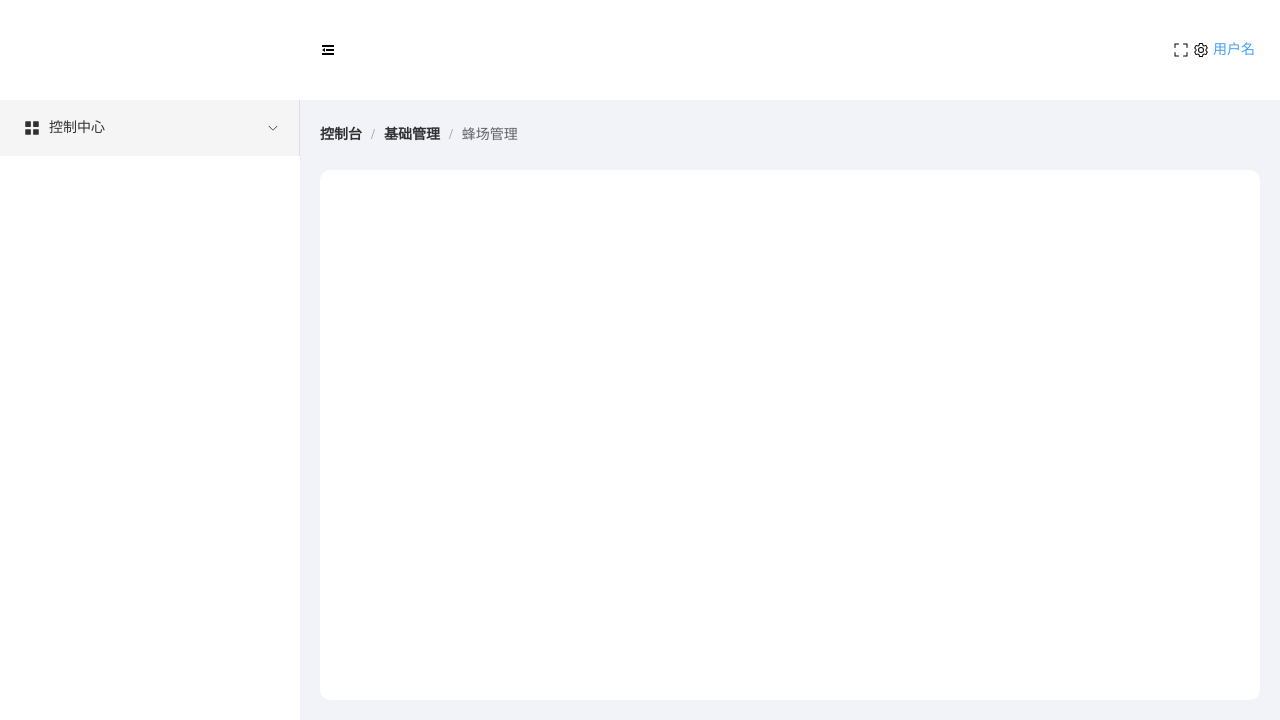
Repository: secret47/test-office-demo
Page: /dashboard/order
These files come from the project's save history. The page is drawn as it stood at one moment and after the next save; the edit follows.
The browser window is 1280 px wide. The pictures show the whole page.
The project was rebuilt for these pictures with package versions that can differ from the ones it lists, and the page was loaded fresh each time. Also part of the build but not shown: vite.config.js.

Above is the page before, as saved 2024-10-31 16:06:24.

### src/main.js
import { createApp } from 'vue'
import '@/style/main.scss'
import App from './App.vue'
import router from './router'

import lang from "./local"

import { pinia } from "./store"

import ElementPlus from "element-plus";
import 'element-plus/dist/index.css'
import * as ElementPlusIconsVue from '@element-plus/icons-vue'

const app = createApp(App);

for (const [key, component] of Object.entries(ElementPlusIconsVue)) {
    app.component(key, component)
}

app.use(lang)
app.use(ElementPlus)
app.use(router)
app.use(pinia)
app.mount('#app')

### src/style/main.scss
* {
    padding: 0;
    margin: 0;
}

html,
body {
    width: 100%;
    height: 100%;
    background: #ffffff;
}

#app {
    width: 100%;
    height: 100%;
}

.main-container {
    width: 100%;
    height: 100%;
}

//顶部搜索
.searchBox {
    width: calc(95% - 30px);
    height: 70px;
    margin: 0 auto;
    padding: 15px;
    display: flex;
    flex-direction: column;
    justify-content: center;

    .new {
        width: 130px;
    }
    .item{
        width:350px;
    }
}

.list {
    width: 95%;
    height: calc(100% - 100px);
    margin: 0 auto;

    .tables {
        width: 100%;
        height: calc(100% - 50px);
    }

    .pages {
        width: 100%;
        height: 50px;
        display: flex;
        flex-direction: column;
        justify-content: center;

    }
}

### src/App.vue
<template>
  <!-- <div> -->
    <router-view />
  <!-- </div> -->
</template>

### src/router/index.js
import { createRouter, createWebHistory } from 'vue-router'
import layouts from "../layouts/index.vue"

const routes = [
    {
        path: '/login',
        name: 'Login',
        component: () => import('@/views/login.vue'),
    },
    // 其他路由...
    {
        path: "/dashboard",
        name: "Dashboard",
        component: layouts,
        meta: {
            title: "控制中心"
        },
        children: [
            {
                path: "basic",
                name: "Basic",
                meta: {
                    title: "基础管理"
                },
                component: () => import("@/views/dashboard/basic/index.vue"),
                children: [
                    {
                        path: "farm",
                        name: "farm",
                        meta: {
                            title: "蜂场管理"
                        },
                        component: () => import("@/views/dashboard/basic/farm/index.vue"),
                    }
                ]

            },
            {
                path: "adopt",
                name: "Adopt",
                meta: {
                    title: "认养管理"
                },
                component: () => import("@/views/dashboard/adopt/index.vue"),
                children: [
                    {
                        path: "price",
                        name: "Price",
                        meta: {
                            title: "价格管理"
                        },
                        component: () => import("@/views/dashboard/adopt/price/index.vue"),
                    }
                ]
            },
            {
                path:"order",
                name: "Order",
                meta:{
                    title: "订单管理"
                },
                component: () => import("@/views/dashboard/order/index.vue"),
                children:[
                    {
                        path: "list",
                        name: "OrderList",
                        meta: {
                            title: "订单列表"
                        },
                        component: () => import("@/views/dashboard/order/list/index.vue"),
                    }
                ]
            },
            {
                path: "user",
                name: "User",
                meta: {
                    title: "用户管理"
                },
                component: () => import("@/views/dashboard/user/index.vue"),
            },

        ]
    }
]

const router = createRouter({
    history: createWebHistory(),
    routes
})

export default router

### src/local/index.js
import { createI18n } from "vue-i18n";

import message from "./language"
const i18n = createI18n({
    locale: "zh",
    fallbackLocale: "zh",
    messages: message
})

export default i18n;

### src/store/index.js
import { createPinia } from "pinia";
import { useAppStore } from "./module/app";

const pinia = createPinia();
const appStore = useAppStore(pinia);


export {
    pinia,
    appStore
}

### src/layouts/index.vue
<template>
    <div class="layout">
        <el-container>
            <el-aside class="side">
                <div class="logo"></div>
                <MenuComponent/>
            </el-aside>
            <el-container class="container">
                <el-header>
                    <HeaderComponent></HeaderComponent>
                </el-header>
                <el-main>
                    <div class="bread">
                        <el-breadcrumb separator="/">
                            <el-breadcrumb-item :to="{ path: '/' }">控制台</el-breadcrumb-item>
                            <el-breadcrumb-item><a href="/">基础管理</a></el-breadcrumb-item>
                            <el-breadcrumb-item>蜂场管理</el-breadcrumb-item>
                        </el-breadcrumb>
                    </div>
                    <div class="main">
                        <router-view></router-view>
                    </div>
                </el-main>
            </el-container>
        </el-container>
    </div>
</template>

<script setup>
import MenuComponent from "./components/menu.vue"
import HeaderComponent from "./components/header.vue"
import { ref } from 'vue';
const isCollapse = ref(false);

const menuRef = ref(null);
const toggleCollapse = () => {
    isCollapse.value = !isCollapse.value;
};
</script>

<style lang="scss" scoped>
.layout {
    width: 100%;
    height: 100%;

    .el-container {
        width: 100%;
        height: 100%;
    }

    .side {
        height: 100%;
        transition: width 0.3s;
        .logo {
            width: 100%;
            height: 100px;
        }
    }

    .container {
        height: 100%;

        .el-header {
            width: 100%;
            height: 100px;
            background: #ffffff;
        }

        .el-main {
            background: #F2F3F8;
            padding-top: 0;
            .bread {
                width: 100%;
                height: 70px;
                display: flex;
                flex-direction: column;
                justify-content: center;
            }

            .main {
                width: 100%;
                height: calc(100% - 70px);
                background: #ffffff;
                border-radius: 10px;
            }
        }
    }
}
</style>

### src/local/language/index.js
import zh from "./zh"
import en from "./en"

export default {
    ...en,
    ...zh
}

### src/store/module/app.js
import { defineStore } from "pinia"

export const useAppStore = defineStore('app',{
    state:()=>({
        isMenuCollapsed: false,
        sidebarWidth:300
    }),
    actions:{
        toggleMenu(){

            this.isMenuCollapsed = !this.isMenuCollapsed
            if(this.isMenuCollapsed){
                console.log("收缩")
                this.sidebarWidth = 60
            }else{
                console.log("展开")
                this.sidebarWidth = 300;
            }
        }
    }
})

### src/layouts/components/menu.vue
<template>
    <el-menu class="menu" :collapse="appStore.isMenuCollapsed" :style="{ width: appStore.sidebarWidth + 'px' }">
        <!-- 遍历所有路由，筛选出有子路由且meta中有title的路由作为侧边栏一级菜单 -->
        <el-sub-menu :index="item.name" v-for="(item, index) in filteredRoutes" :key="item.name">
            <template #title>
                <MenuTitle :text="item.meta.title" />
            </template>
            <!-- 遍历当前一级路由的下一层路由（即子路由），作为侧边栏二级菜单 -->
            <el-menu-item :index="subItem.name" v-for="(subItem, subIndex) in item.children" :key="subItem.name">
                <template #title>
                    <MenuTitle :text="subItem.meta.title" />
                </template>
                <!-- 如果当前二级路由还有子路由，则继续遍历作为三级菜单 -->
                <el-sub-menu v-if="subItem.children && subItem.children.length > 0" :index="subItem.name + '_sub'" :key="subItem.name + '_sub'">
                    <template #title>
                        <MenuTitle :text="subItem.meta.title +'(展开)' " />
                    </template>
                    <el-menu-item :index="subSubItem.name" v-for="(subSubItem, subSubIndex) in subItem.children" :key="subSubItem.name">
                        <template #title>
                            <MenuTitle :text="subSubItem.meta.title" />
                        </template>
                    </el-menu-item>
                </el-sub-menu>
            </el-menu-item>
        </el-sub-menu>
    </el-menu>
</template>

<script setup>
import { ref } from "vue";
import { useAppStore } from '@/store/module/app';
import MenuTitle from './MenuTitle.vue';
import { useRouter, useRoute } from 'vue-router';

const appStore = useAppStore();
const router = useRouter();

// 筛选出需要在侧边栏显示的路由（有子路由且meta中有title）
const filteredRoutes = ref(router.options.routes.filter(route => route.children && route.children.length > 0 && route.meta && route.meta.title));

console.log(router.options);
</script>

<style lang="scss" scoped>
.menu {
    background-color: #f5f5f5;
    transition: width 0.3s ease;
}

.menu.collapsed {
    border-right: 0;
    justify-content: center;
}
</style>

### src/layouts/components/header.vue
<template>
    <div class="header">
        <div class="collapseIcon">
            <el-icon style="cursor: pointer;" @click="toggleMenu">
                <Expand v-if="appStore.isMenuCollapsed" />
                <Fold v-else />

            </el-icon>
        </div>
        <div class="user">
            <el-icon>
                <FullScreen />
            </el-icon>
            &nbsp;
            <el-icon>
                <Setting />
            </el-icon>
            &nbsp;
            <el-dropdown trigger="click" @command="handleCommand">
                <span class="el-dropdown-link">
                    <i class="el-icon-user"></i>
                    {{ username }}
                    <i class="el-icon-arrow-down el-icon--right"></i>
                </span>
                <template #dropdown>
                    <el-dropdown-menu>
                        <el-dropdown-item command="userCenter">个人中心</el-dropdown-item>
                        <el-dropdown-item command="logout">退出登录</el-dropdown-item>
                    </el-dropdown-menu>
                </template>
            </el-dropdown>

        </div>
    </div>
</template>

<script setup>
import { ref } from 'vue';
import { ElMessage } from 'element-plus';
import { useAppStore } from '@/store/module/app';


const username = ref('用户名'); // 这里应该从后端获取真实的用户名

const appStore = useAppStore();


const toggleMenu = () => {
    console.log(appStore, "---")
    appStore.toggleMenu();
};

const handleCommand = (command) => {
    if (command === 'logout') {
        // 执行退出操作
        ElMessage.success('退出成功');
        // 这里可以添加跳转到登录页面的逻辑
    } else if (command === 'userCenter') {
        // 跳转到个人中心页面
        ElMessage.info('跳转到个人中心');
        // 这里可以添加跳转逻辑
    }
};
</script>

<style lang="scss" scoped>
.header {
    display: flex;
}

.el-dropdown-link {
    cursor: pointer;
    color: #409EFF;
}


.collapseIcon {
    width: 100px;
    height: 100px;
    display: flex;
    // justify-content: center;
    /* 水平居中 */
    align-items: center;
    /* 垂直居中 */
}

.user {
    margin-left: auto;
    display: flex;
    /* 水平居中 */
    align-items: center;
}
</style>

### src/local/language/zh.js
export default{
    zh:{
        title:"后台管理系统",
        login:"登录",
        username:"用户名",
        password:"密码",
        remember:"记住密码",
        forget:"忘记密码",
        save:"保存",
        confirm:"确定",
        cancel:"取消",
        delete:"删除",
        show:"查看",
        open:"打开",
        usernameRull:"请输入用户名",
        passwordRull:"请输入密码"
    }
}

### src/local/language/en.js
export default {
    en: {
        title: "system management",
        usernameRull: "Please enter your username",
        passwordRull: "Please enter your password"
    }
}

### src/layouts/components/MenuTitle.vue
<template>
    <span class="menu-title">
        <el-icon class="menu-icon"><icon-menu /></el-icon>
        <span v-if="!isCollapsed">{{ text }}</span>
    </span>
</template>

<script setup>
import { computed } from 'vue';
import { Menu as IconMenu } from '@element-plus/icons-vue';
import { useAppStore } from '@/store/module/app';

const { isMenuCollapsed } = useAppStore();
const props = defineProps({
    text: {
        type: String,
        required: true
    }
});

const isCollapsed = computed(() => isMenuCollapsed.value);
</script>

<style scoped>
.menu-title {
    display: flex;
    align-items: center;
}

.menu-icon {
    min-width: 20px;
    margin-right: 5px;
}

.menu-title.collapsed {
    justify-content: center;
}
</style>

Loaded but not shown: index.html (common file); src/views/dashboard/order/index.vue (common file)

After the next save:
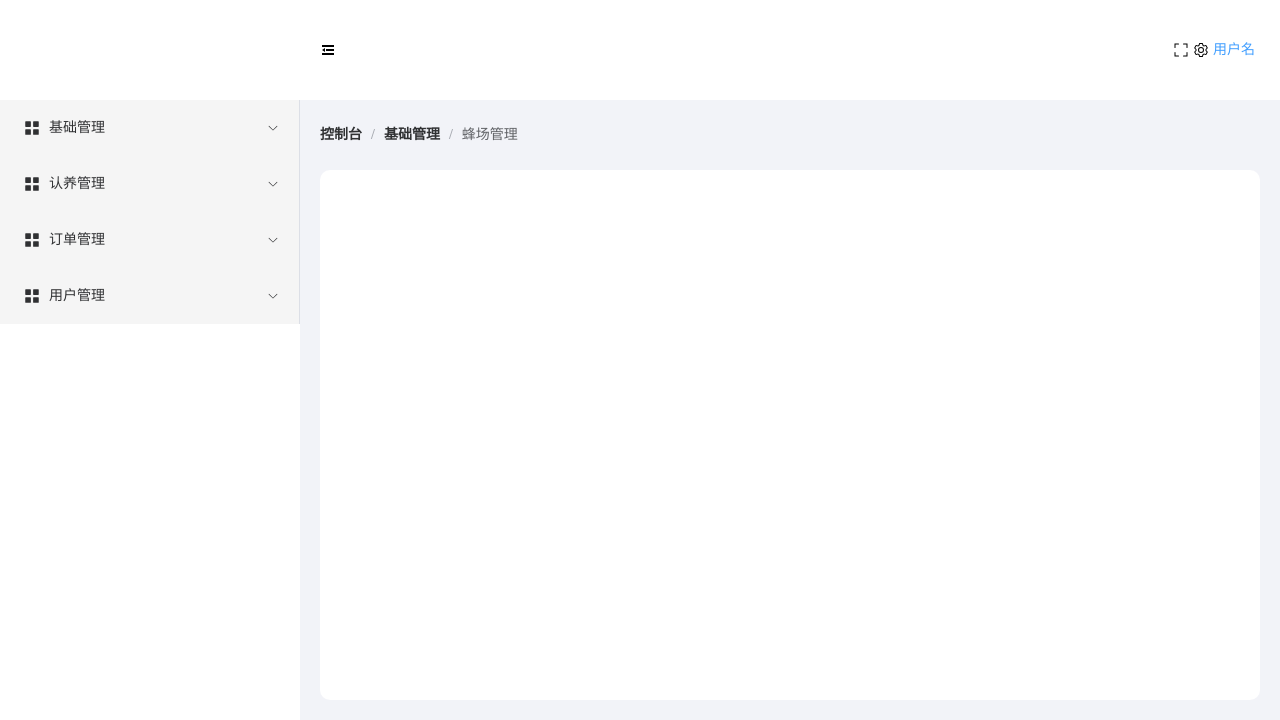
Saved 2 min 11 s later.
--- a/src/layouts/components/menu.vue
+++ b/src/layouts/components/menu.vue
@@ -1,16 +1,16 @@
 <template>
     <el-menu class="menu" :collapse="appStore.isMenuCollapsed" :style="{ width: appStore.sidebarWidth + 'px' }">
-        <!-- 遍历所有路由，筛选出有子路由且meta中有title的路由作为侧边栏一级菜单 -->
+        <!-- 遍历筛选后的路由，生成侧边栏菜单 -->
         <el-sub-menu :index="item.name" v-for="(item, index) in filteredRoutes" :key="item.name">
             <template #title>
                 <MenuTitle :text="item.meta.title" />
             </template>
-            <!-- 遍历当前一级路由的下一层路由（即子路由），作为侧边栏二级菜单 -->
+            <!-- 遍历当前一级路由的子路由，作为二级菜单 -->
             <el-menu-item :index="subItem.name" v-for="(subItem, subIndex) in item.children" :key="subItem.name">
                 <template #title>
                     <MenuTitle :text="subItem.meta.title" />
                 </template>
-                <!-- 如果当前二级路由还有子路由，则继续遍历作为三级菜单 -->
+                <!-- 如果二级路由还有子路由，继续遍历作为三级菜单 -->
                 <el-sub-menu v-if="subItem.children && subItem.children.length > 0" :index="subItem.name + '_sub'" :key="subItem.name + '_sub'">
                     <template #title>
                         <MenuTitle :text="subItem.meta.title +'(展开)' " />
@@ -35,8 +35,8 @@ import { useRouter, useRoute } from 'vue-router';
 const appStore = useAppStore();
 const router = useRouter();
 
-// 筛选出需要在侧边栏显示的路由（有子路由且meta中有title）
-const filteredRoutes = ref(router.options.routes.filter(route => route.children && route.children.length > 0 && route.meta && route.meta.title));
+// 筛选出 "dashboard" 路径下的路由及其子路由作为侧边栏菜单数据
+const filteredRoutes = ref(router.options.routes.find(route => route.path === "/dashboard").children.filter(childRoute => childRoute.meta && childRoute.meta.title));
 
 console.log(router.options);
 </script>

After the save that followed:
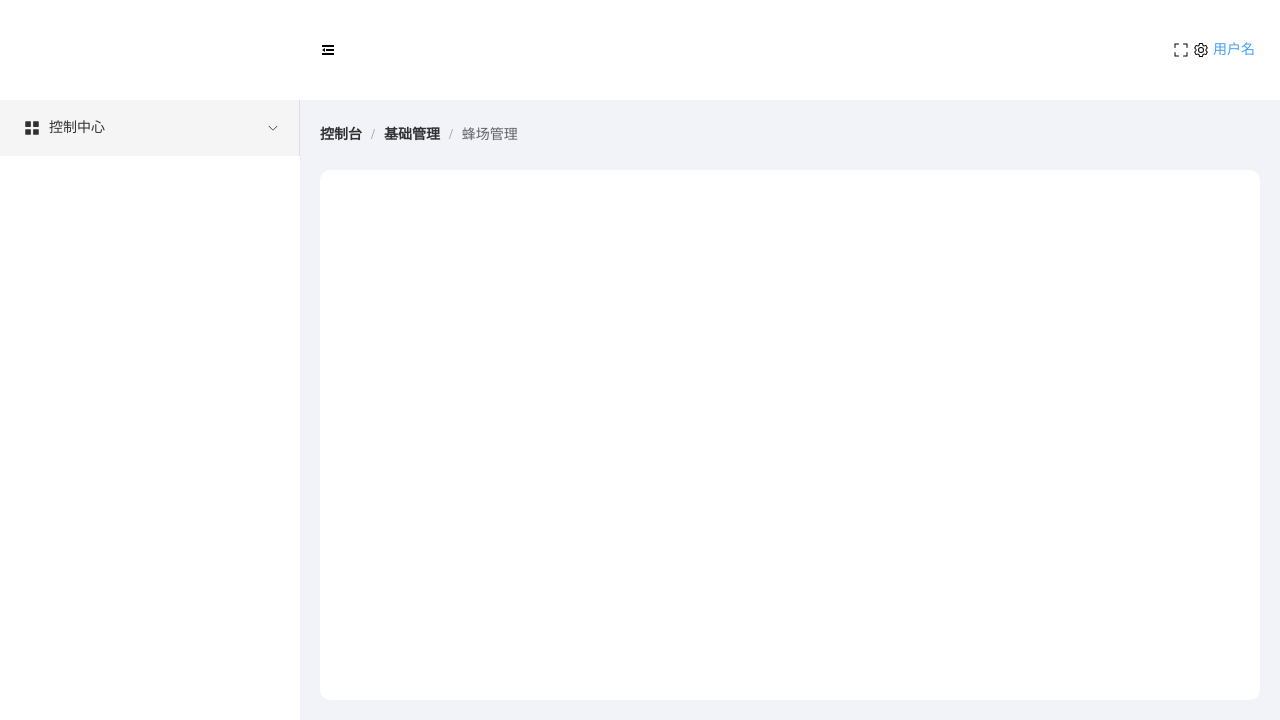
Saved 8 min 31 s later.
--- a/src/layouts/components/menu.vue
+++ b/src/layouts/components/menu.vue
@@ -6,16 +6,16 @@
                 <MenuTitle :text="item.meta.title" />
             </template>
             <!-- 遍历当前一级路由的子路由，作为二级菜单 -->
-            <el-menu-item :index="subItem.name" v-for="(subItem, subIndex) in item.children" :key="subItem.name">
+            <el-menu-item :index="subItem.name" v-for="(subItem, subIndex) in item.children" :key="subItem.name" @click="handleMenuItemClick(subItem)">
                 <template #title>
                     <MenuTitle :text="subItem.meta.title" />
                 </template>
                 <!-- 如果二级路由还有子路由，继续遍历作为三级菜单 -->
-                <el-sub-menu v-if="subItem.children && subItem.children.length > 0" :index="subItem.name + '_sub'" :key="subItem.name + '_sub'">
+                <el-sub-menu v-if="subItem.children && subItem.children.length > 0" :index="subItem.name + '_sub'" :key="subItem.name + '_sub'" @click="handleMenuItemClick(subItem)">
                     <template #title>
                         <MenuTitle :text="subItem.meta.title +'(展开)' " />
                     </template>
-                    <el-menu-item :index="subSubItem.name" v-for="(subSubItem, subSubIndex) in subItem.children" :key="subSubItem.name">
+                    <el-menu-item :index="subSubItem.name" v-for="(subSubItem, subSubIndex) in subItem.children" :key="subSubItem.name" @click="handleMenuItemClick(subSubItem)">
                         <template #title>
                             <MenuTitle :text="subSubItem.meta.title" />
                         </template>
@@ -35,10 +35,15 @@ import { useRouter, useRoute } from 'vue-router';
 const appStore = useAppStore();
 const router = useRouter();
 
-// 筛选出 "dashboard" 路径下的路由及其子路由作为侧边栏菜单数据
-const filteredRoutes = ref(router.options.routes.find(route => route.path === "/dashboard").children.filter(childRoute => childRoute.meta && childRoute.meta.title));
+// 筛选出需要在侧边栏显示的路由（有子路由且meta中有title）
+const filteredRoutes = ref(router.options.routes.filter(route => route.children && route.children.length > 0 && route.meta && route.meta.title));
 
 console.log(router.options);
+
+
+const handleMenuItemClick = (route) => {
+    router.push(route.path);
+};
 </script>
 
 <style lang="scss" scoped>
